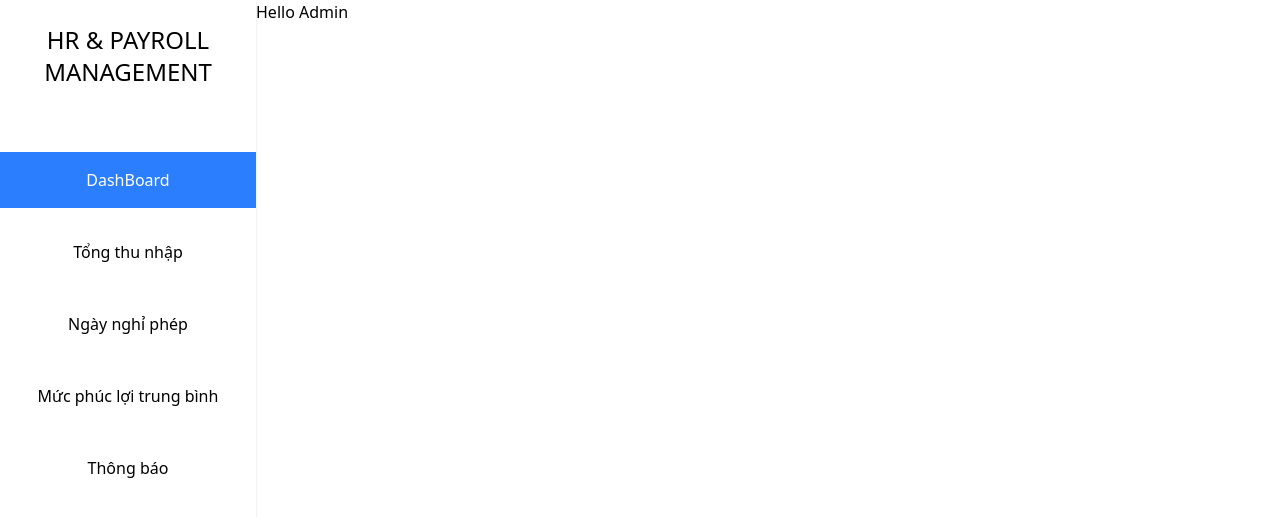
Repository: Edward205204/company-service-fe
Page: /
The author's editor kept a copy of each file at every save. The page is drawn from the files as they stood at one save, then again after a run of saves.
The browser window is 1280 px wide. The pictures show the whole page.
The project was rebuilt for these pictures with package versions that can differ from the ones it lists, and the page was loaded fresh each time. Also part of the build but not shown: vite.config.ts.

Above is the page before, as saved 2025-02-14 21:00:27.

### src/main.tsx
import React from 'react';
import ReactDOM from 'react-dom/client';
import { BrowserRouter } from 'react-router';
import './index.css';
import App from './App.tsx';

ReactDOM.createRoot(document.getElementById('root')!).render(
  <React.StrictMode>
    <BrowserRouter>
      <App />
    </BrowserRouter>
  </React.StrictMode>
);

### src/App.tsx
import useCustomRouter from './useCustomRouter';

function App() {
  const elements = useCustomRouter();
  return elements;
}

export default App;

### src/useCustomRouter.tsx
import { useRoutes } from 'react-router';
import Dashboard from './pages/Dashboard';
import MainLayout from './layout/MainLayout';
import Sidebar from './components/Sidebar';

export default function useCustomRouter() {
  const elements = useRoutes([
    {
      path: '/',
      index: true,
      element: (
        <MainLayout sidebar={<Sidebar />}>
          <Dashboard />
        </MainLayout>
      )
    },
    {
      path: '/tong-thu',
      element: (
        <MainLayout sidebar={<Sidebar />}>
          <Dashboard />
        </MainLayout>
      )
    },
    {
      path: '/nghi-phep',
      element: (
        <MainLayout sidebar={<Sidebar />}>
          <Dashboard />
        </MainLayout>
      )
    },
    {
      path: '/phuc-loi',
      element: (
        <MainLayout sidebar={<Sidebar />}>
          <Dashboard />
        </MainLayout>
      )
    },
    {
      path: '/thong-bao',
      element: (
        <MainLayout sidebar={<Sidebar />}>
          <Dashboard />
        </MainLayout>
      )
    }
  ]);
  return elements;
}

### src/pages/Dashboard/Dashboard.tsx
export default function Dashboard() {
  return <div>Hello Admin</div>;
}

### src/layout/MainLayout/MainLayout.tsx
interface childrenProps {
  children: React.ReactNode;
  sidebar?: React.ReactNode;
}
export default function MainLayout({ children, sidebar }: childrenProps) {
  return (
    <>
      <div className='flex'>
        <aside>{sidebar}</aside>
        <div>
          <main>{children}</main>
        </div>
      </div>
    </>
  );
}

### src/components/Sidebar/Sidebar.tsx
import { NavLink } from 'react-router';

export default function Sidebar() {
  return (
    <div className='h-screen w-64 bg-white drop-shadow-[4px_0px_10px_rgb(0 0 0 / 0.1))] shadow-sm py-6'>
      <div className='mb-16 text-2xl font-[500] text-black text-center'>HR & PAYROLL MANAGEMENT</div>
      <div className='flex flex-col'>
        <NavLink
          to={'/'}
          className={({ isActive }) =>
            `${isActive ? 'bg-blue-500 text-white ' : 'hover:bg-blue-500 hover:text-white'} hoverEffect text-center mb-4 p-4`
          }
        >
          DashBoard
        </NavLink>
        <NavLink
          to={'/tong-thu'}
          className={({ isActive }) =>
            `${isActive ? 'bg-blue-500 text-white ' : 'hover:bg-blue-500 hover:text-white'} hoverEffect text-center mb-4 p-4`
          }
        >
          Tổng thu nhập
        </NavLink>
        <NavLink
          to={'/phep'}
          className={({ isActive }) =>
            `${isActive ? 'bg-blue-500 text-white ' : 'hover:bg-blue-500 hover:text-white'} hoverEffect text-center mb-4 p-4`
          }
        >
          Ngày nghỉ phép
        </NavLink>
        <NavLink
          to={'/phuc-loi'}
          className={({ isActive }) =>
            `${isActive ? 'bg-blue-500 text-white ' : 'hover:bg-blue-500 hover:text-white'} hoverEffect text-center mb-4 p-4`
          }
        >
          Mức phúc lợi trung bình
        </NavLink>
        <NavLink
          to={'/thong-bao'}
          className={({ isActive }) =>
            `${isActive ? 'bg-blue-500 text-white ' : 'hover:bg-blue-500 hover:text-white'} hoverEffect text-center mb-4 p-4`
          }
        >
          Thông báo
        </NavLink>
      </div>
    </div>
  );
}

Loaded but not shown: index.html (common file); src/index.css (common file); src/pages/Dashboard/index.ts (common file); src/layout/MainLayout/index.ts (common file); src/components/Sidebar/index.ts (common file)

After the next 2 saves:
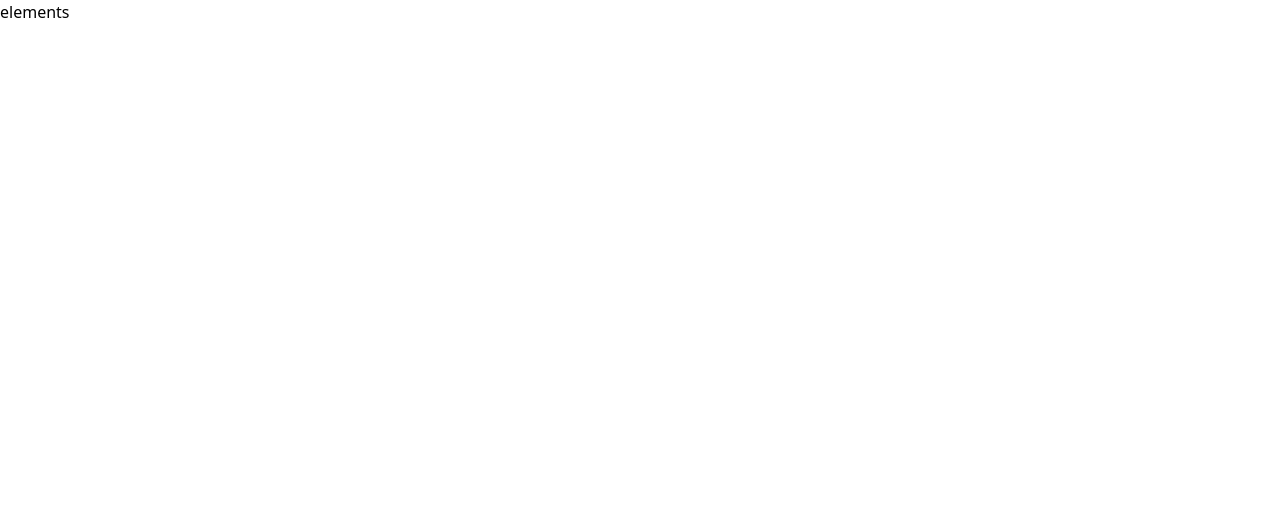
The 2 saves are shown as one change because they came seconds apart.
The last was saved 12 s later.
--- a/src/App.tsx
+++ b/src/App.tsx
@@ -2,7 +2,7 @@
 
 function App() {
   const elements = useCustomRouter();
-  return elements;
+  return <>elements</>;
 }
 
 export default App;

After the save that followed:
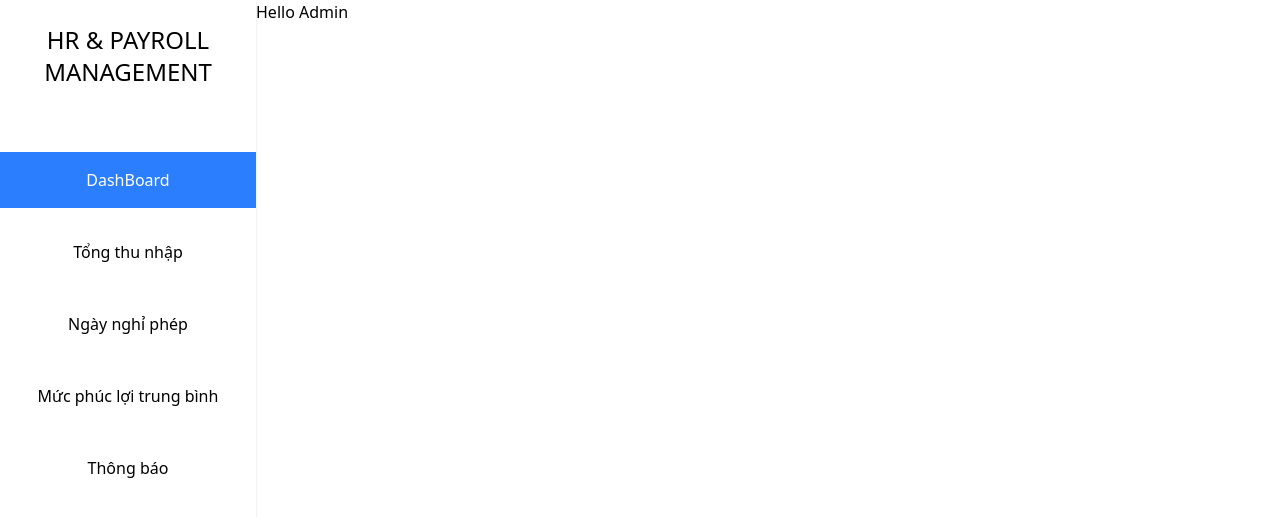
Saved 9 s later.
--- a/src/App.tsx
+++ b/src/App.tsx
@@ -2,7 +2,7 @@
 
 function App() {
   const elements = useCustomRouter();
-  return <>elements</>;
+  return <>{elements}</>;
 }
 
 export default App;
